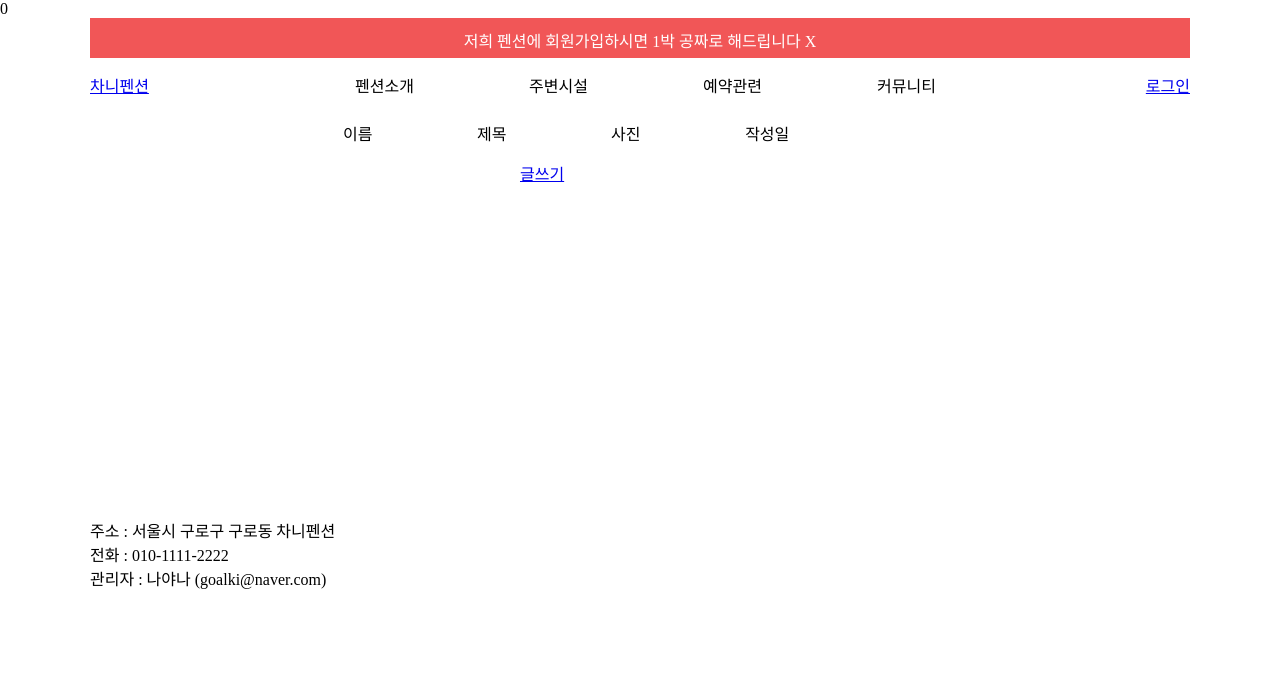
Repository: goalki/pension
Page: http://localhost/pension/tour/list.jsp
An editor plug-in stored every save of this project. The page is shown before and after the next save, followed by the edit.
The browser window is 1280 px wide. The pictures show the whole page.
The page is served by Tomcat 9. Queries for data that is not in the repository find no rows.

Above is the page before, as saved 2021-01-19 08:03:52.

After the next save:
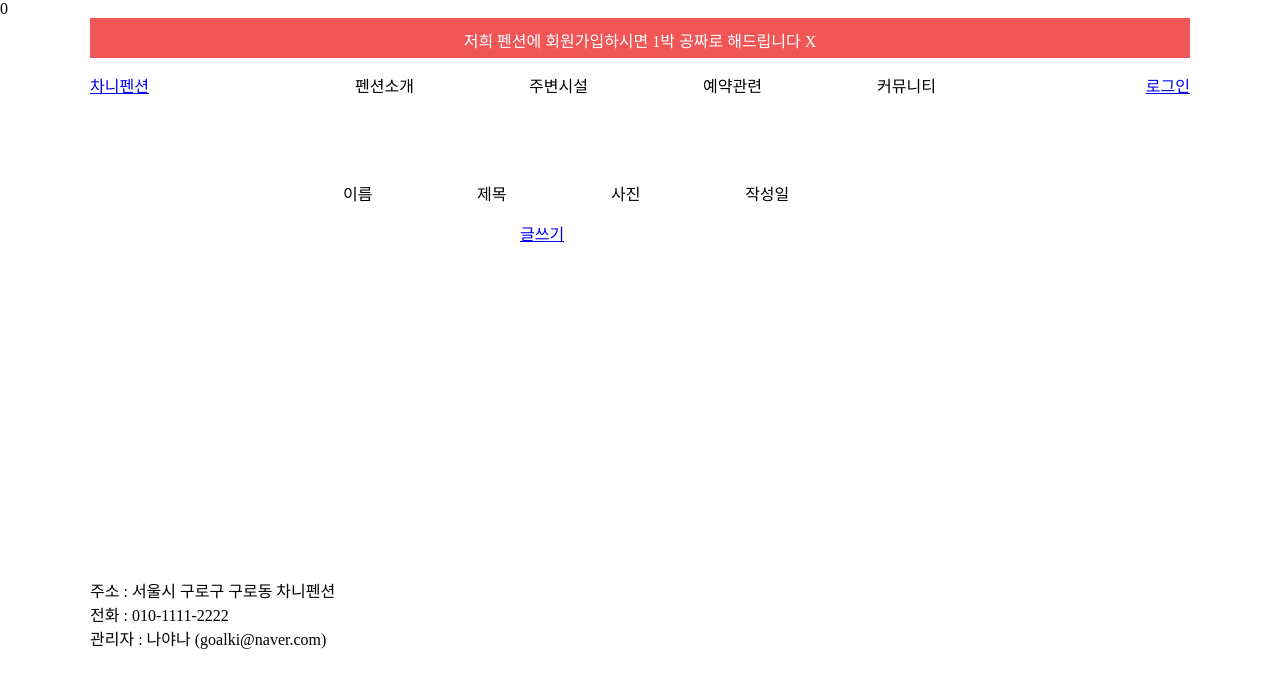
Saved 89 s later.
--- a/pension/WebContent/tour/list.jsp
+++ b/pension/WebContent/tour/list.jsp
@@ -22,6 +22,7 @@
     height:400px;
     margin:auto;
     text-align:center;
+    margin-top:60px;
   }
  </style>
  <div id="section">
